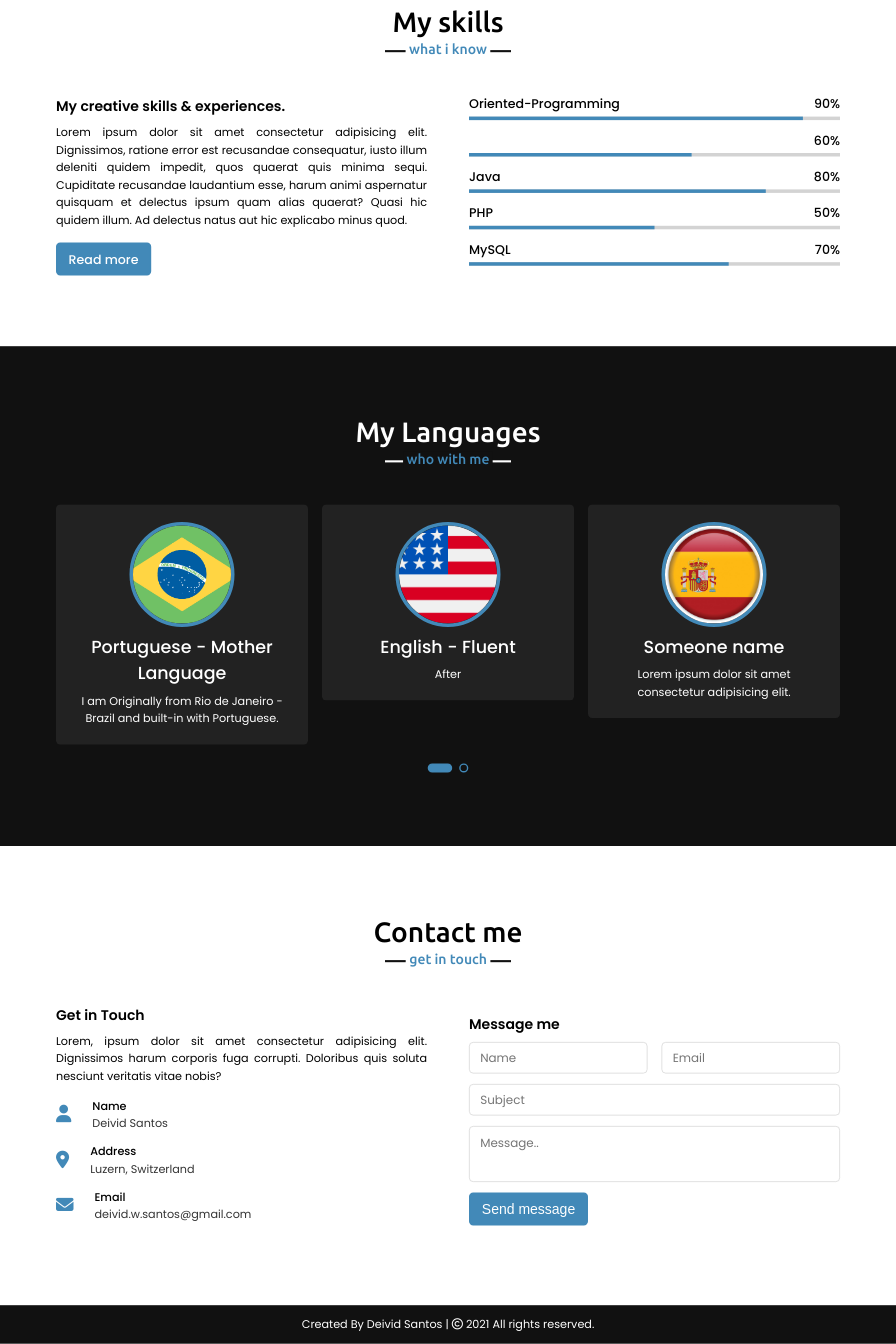
Repository: deividwsantoss/portfolio
Page: index.html
The author's editor kept a copy of each file at every save. The page is drawn from the files as they stood at one save, then again after the next save.
The browser window is 1280 px wide. The pictures show the part of the page from y = 2191 to 4111 px (the page is 4111 px tall before and 4073 px after), at 70% of full size.
Some web libraries are served in a nearby version.

Above is the page before, as saved 2021-03-02 09:14:32.

After the next save:
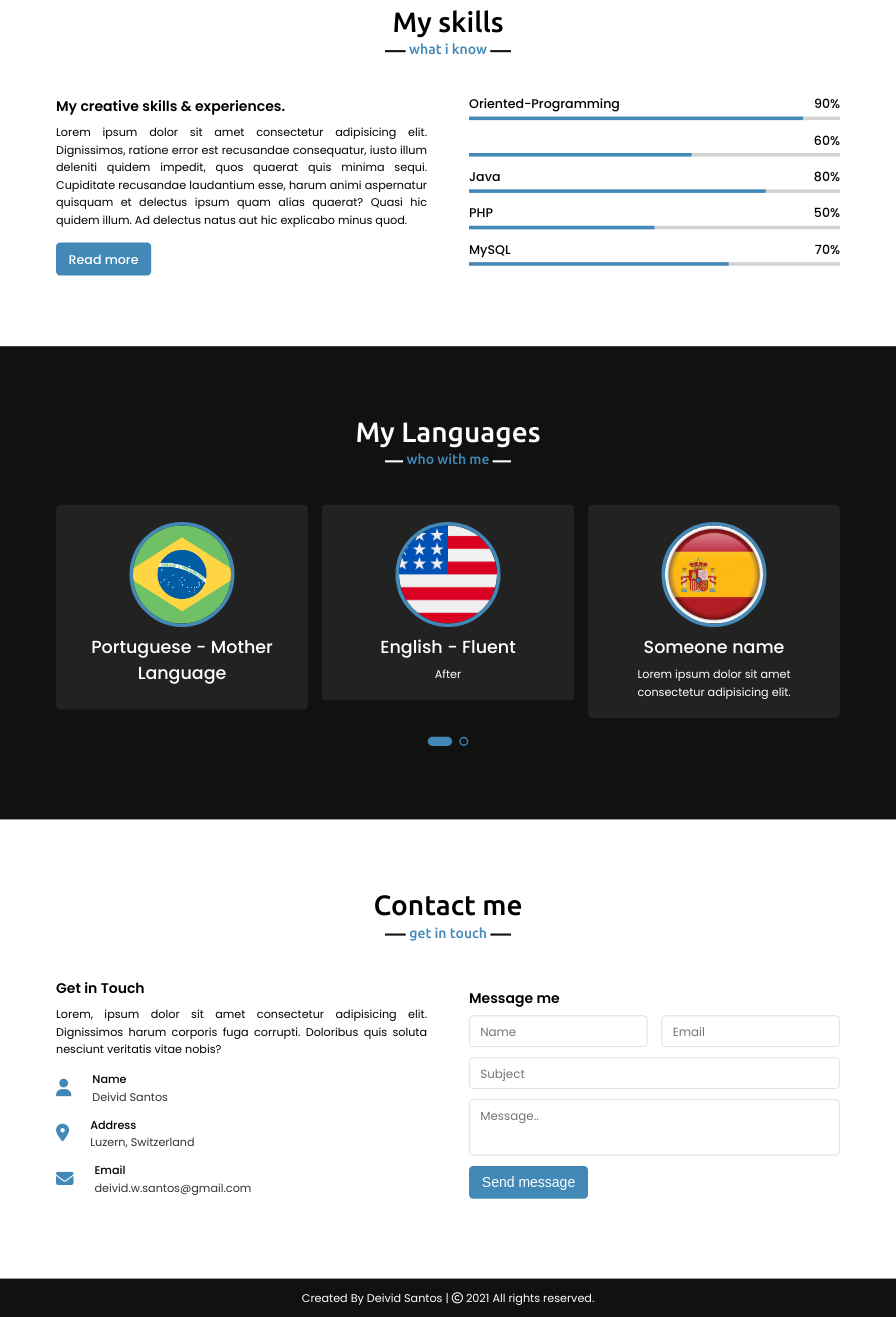
Saved 20 s later.
--- a/index.html
+++ b/index.html
@@ -147,7 +147,7 @@
                 <div class="box">
                     <img src="images/brazil.jpg" alt="">
                     <div class="text">Portuguese - Mother Language</div>
-                    <p>I am Originally from Rio de Janeiro - Brazil and built-in with Portuguese.</p>
+
                 </div>
             </div>
             <div class="card">
